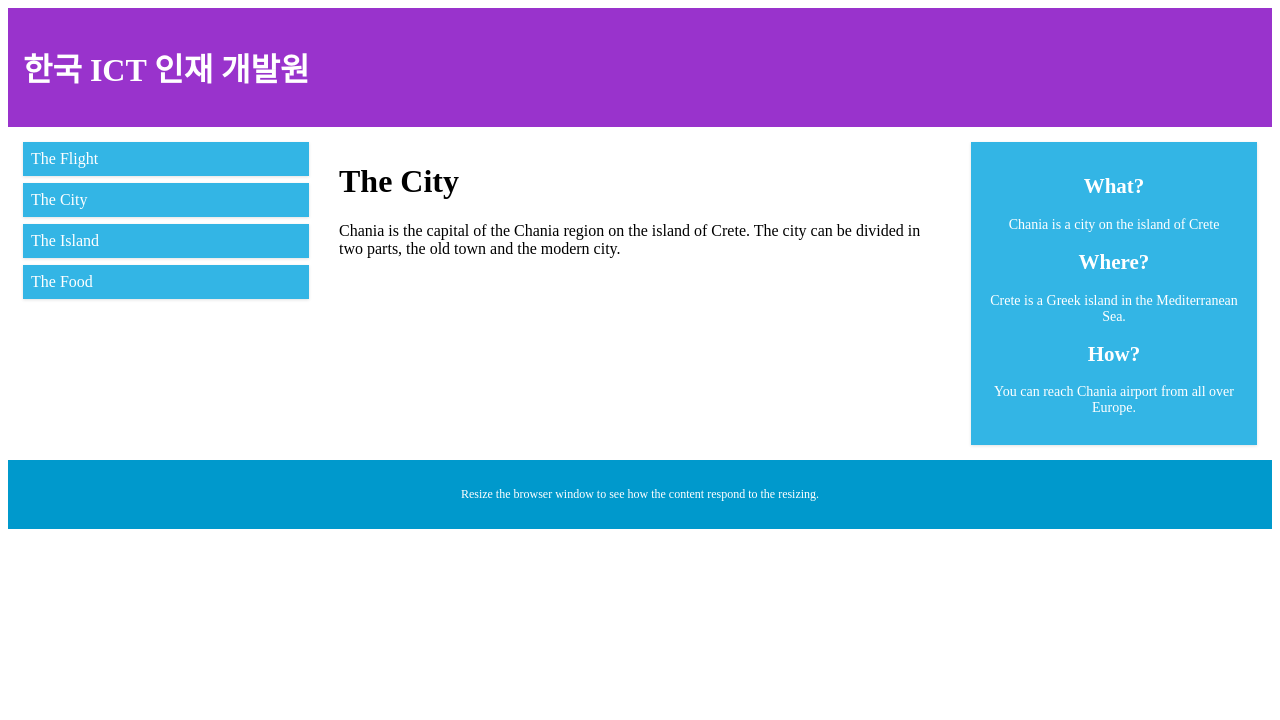
Repository: shinsil0601/webstudy
Page: 03_JavaScript/src/main/webapp/day02/ex18_event.html
An editor plug-in stored every save of this project. The page is shown before and after the next save, followed by the edit.
The browser window is 1280 px wide. The pictures show the whole page.

Above is the page before, as saved 2023-06-28 07:54:19.

### 03_JavaScript/src/main/webapp/day02/ex18_event.html
<!DOCTYPE html>
<html>
<head>
<meta charset="UTF-8">
<meta name="viewport" content="width=device-width">
<title>반응형 웹 페이지</title>
<style type="text/css">
	*{
		box-sizing: border-box;
	}
	.header{
		background-color: #9933cc;
		color: white;
		padding: 15px;
	}
	/* ::after => 요소의 콘텐츠 끝부분에 생성된 콘텐츠를 추가한다.*/
	/* ::before => 요소의 콘텐츠 시작부분에 생성된 콘텐츠를 추가한다. */
	/* content:""; => ::after와::before 함께 쓰이는 content는 가짜 속성입니다.*/
	.row::after{
		content:"";
		clear:both;
		display: block;
	}
	.footer{
		/*clear:both;*/ /* float: left 해제*/
		background-color: #0099cc;
		color: white;
		text-align: center;
		font-size: 12px;
		padding: 15px;
	}
	.menu ul{
		list-style-type: none;
		margin: 0;
		padding: 0;
	}
	.menu li{
		padding: 8px;
		margin-bottom: 7px;
		background-color: #33b5e5;
		color: white;
		box-shadow: 0 1px 3px rgba(0,0,0,0.12) ;
	}
	.menu li:hover{
		background-color: #0099cc;
	}

	[class*="col-"]{
		float: left;
		padding:15px;
	}
	.aside{
		background-color: #33b5e5;
		padding: 15px;
		color: white;
		text-align: center;
		font-size: 14px;
		box-shadow: 0 1px 3px rgba(0,0,0,0.12) ;
	}
	.col-1 {width: 8.33%;}
	.col-2 {width: 16.66%;}
	.col-3 {width: 25%;}
	.col-4 {width: 33.33%;}
	.col-5 {width: 41.66%;}
	.col-6 {width: 50%;}
	.col-7 {width: 58.33%;}
	.col-8 {width: 66.66%;}
	.col-9 {width: 75%;}
	.col-10 {width: 83.33%;}
	.col-11 {width: 91.66%;}
	.col-12 {width: 100%;}
	@media only screen and (max-width:760px){
		[class*="col-"]{
		  width: 100%;
	   }
	}
</style>
</head>
<body>
	<div class="header">
		<h1>한국 ICT 인재 개발원</h1>
	</div>
	<div class="row">
		<div class="col-3 menu">
			<ul>
				<li>The Flight</li>
				<li>The City</li>
				<li>The Island</li>
				<li>The Food</li>
			</ul>
		</div>
		<div class="col-6">
			<h1>The City</h1>
			<p>Chania is the capital of the Chania region on the island of Crete.
			The city can be divided in two parts, the old town and the modern city.</p>
		</div>
			<div class="col-3 right">
				<div class="aside">
				<h2>What?</h2>
				<p>Chania is a city on the island of Crete</p>
				<h2>Where?</h2>
				<p>Crete is a Greek island in the Mediterranean Sea.</p>
				<h2>How?</h2>
				<p>You can reach Chania airport from all over Europe.</p>
				</div>
			</div>
		</div>
	<div class="footer">
		<p>Resize the browser window to see how the content respond to the resizing.</p>
	</div>
</body>
</html>

After the next save:
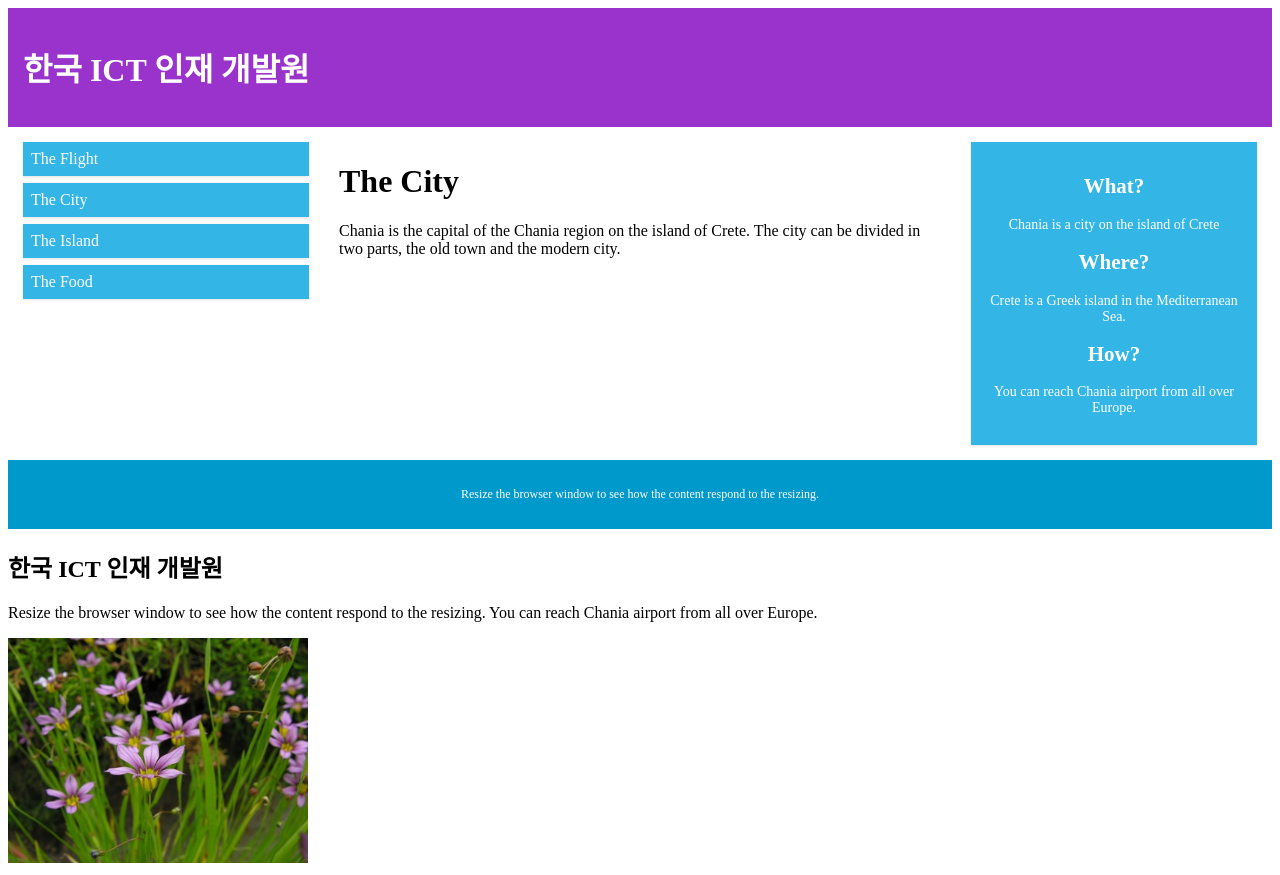
Saved 3 min 31 s later.
--- a/03_JavaScript/src/main/webapp/day02/ex18_event.html
+++ b/03_JavaScript/src/main/webapp/day02/ex18_event.html
@@ -108,5 +108,11 @@
 	<div class="footer">
 		<p>Resize the browser window to see how the content respond to the resizing.</p>
 	</div>
+	<div id="pupup">
+		<h2> 한국 ICT 인재 개발원 </h2>
+		<p>Resize the browser window to see how the content respond to the resizing.
+		You can reach Chania airport from all over Europe.</p>
+		<img src="../images/flower.jpg" width="300px">
+	</div>
 </body>
 </html>
